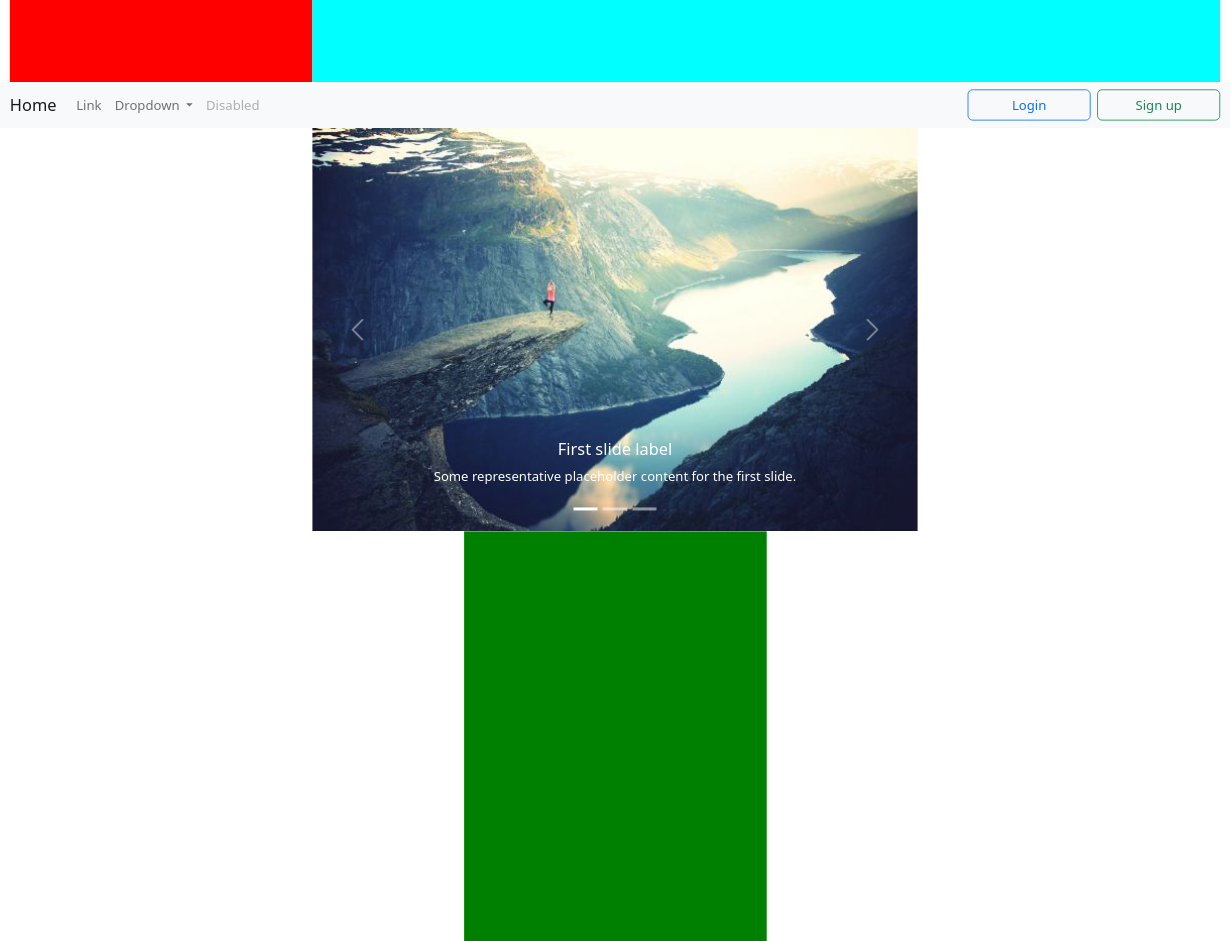
Repository: nguyenhung50497/MD2_bootstrap
Page: BT_giaoDienWeb/index.html
An editor plug-in stored every save of this project. The page is shown before and after a run of saves, followed by the edit.
The browser window is 1280 px wide. The page is 1500 px wide, so the pictures cover 1500 px, including what lies to the right of the window. The pictures show the whole page, at 82% of full size.

Above is the page before, as saved 2022-11-30 13:59:29.

### BT_giaoDienWeb/index.html
<!DOCTYPE html>
<html lang="en">
<head>
    <meta charset="UTF-8">
    <meta http-equiv="X-UA-Compatible" content="IE=edge">
    <meta name="viewport" content="width=device-width, initial-scale=1.0">
    <link href="https://cdn.jsdelivr.net/npm/bootstrap@5.2.3/dist/css/bootstrap.min.css" rel="stylesheet" integrity="sha384-rbsA2VBKQhggwzxH7pPCaAqO46MgnOM80zW1RWuH61DGLwZJEdK2Kadq2F9CUG65" crossorigin="anonymous">
    <script src="https://cdn.jsdelivr.net/npm/bootstrap@5.2.3/dist/js/bootstrap.bundle.min.js" integrity="sha384-kenU1KFdBIe4zVF0s0G1M5b4hcpxyD9F7jL+jjXkk+Q2h455rYXK/7HAuoJl+0I4" crossorigin="anonymous"></script>
    <title>Document</title>
</head>
<style>
    .logo {
        background-color: red;
        height: 100px;
    }
    .anhBia {
        background-color: aqua;
        height: 100px;
    }
    .right {
        background-color: green;
        height: 500px;
    }
</style>
<body>
<center>
    <div style="width: 1500px;">
    <header class="container-fluid row">
        <div class="col-lg-3 logo">
            <img src="" alt="">
        </div>
        <div class="col-lg-9 anhBia">
            <img src="" alt="">
        </div>
    </header>
    <nav class="navbar navbar-expand-lg bg-light">
        <div class="container-fluid">
          <a class="navbar-brand" href="#">Home</a>
          <button class="navbar-toggler" type="button" data-bs-toggle="collapse" data-bs-target="#navbarSupportedContent" aria-controls="navbarSupportedContent" aria-expanded="false" aria-label="Toggle navigation">
            <span class="navbar-toggler-icon"></span>
          </button>
          <div class="collapse navbar-collapse" id="navbarSupportedContent">
            <ul class="navbar-nav me-auto mb-2 mb-lg-0">
              <li class="nav-item">
                <a class="nav-link" href="#">Link</a>
              </li>
              <li class="nav-item dropdown">
                <a class="nav-link dropdown-toggle" href="#" role="button" data-bs-toggle="dropdown" aria-expanded="false">
                  Dropdown
                </a>
                <ul class="dropdown-menu">
                  <li><a class="dropdown-item" href="#">Action</a></li>
                  <li><a class="dropdown-item" href="#">Another action</a></li>
                  <li><hr class="dropdown-divider"></li>
                  <li><a class="dropdown-item" href="#">Something else here</a></li>
                </ul>
              </li>
              <li class="nav-item">
                <a class="nav-link disabled">Disabled</a>
              </li>
            </ul>
            <form class="d-flex" role="search">
              <button class="form-control me-2 btn btn-outline-primary" style="width: 150px;">Login</button>
              <button class="btn btn-outline-success" type="submit" style="width: 150px;">Sign up</button>
            </form>
          </div>
        </div>
      </nav>
    <div class="container-fluid">
        <aside class="col-lg-3 left">

        </aside>
        <section class="col-lg-6 content">
            <div id="carouselExampleCaptions" class="carousel slide" data-bs-ride="false">
                <div class="carousel-indicators">
                  <button type="button" data-bs-target="#carouselExampleCaptions" data-bs-slide-to="0" class="active" aria-current="true" aria-label="Slide 1"></button>
                  <button type="button" data-bs-target="#carouselExampleCaptions" data-bs-slide-to="1" aria-label="Slide 2"></button>
                  <button type="button" data-bs-target="#carouselExampleCaptions" data-bs-slide-to="2" aria-label="Slide 3"></button>
                </div>
                <div class="carousel-inner">
                  <div class="carousel-item active">
                    <img src="anh1.jpg" class="d-block w-100" alt="Anh 1">
                    <div class="carousel-caption d-none d-md-block">
                      <h5>First slide label</h5>
                      <p>Some representative placeholder content for the first slide.</p>
                    </div>
                  </div>
                  <div class="carousel-item">
                    <img src="anh2.jpg" class="d-block w-100" alt="Anh 2">
                    <div class="carousel-caption d-none d-md-block">
                      <h5>Second slide label</h5>
                      <p>Some representative placeholder content for the second slide.</p>
                    </div>
                  </div>
                  <div class="carousel-item">
                    <img src="anh3.jpg" class="d-block w-100" alt="Anh 3">
                    <div class="carousel-caption d-none d-md-block">
                      <h5>Third slide label</h5>
                      <p>Some representative placeholder content for the third slide.</p>
                    </div>
                  </div>
                </div>
                <button class="carousel-control-prev" type="button" data-bs-target="#carouselExampleCaptions" data-bs-slide="prev">
                  <span class="carousel-control-prev-icon" aria-hidden="true"></span>
                  <span class="visually-hidden">Previous</span>
                </button>
                <button class="carousel-control-next" type="button" data-bs-target="#carouselExampleCaptions" data-bs-slide="next">
                  <span class="carousel-control-next-icon" aria-hidden="true"></span>
                  <span class="visually-hidden">Next</span>
                </button>
              </div>
        </section>
        <aside class="col-lg-3 right"></aside>
    </div>
    <footer></footer>
    </div>
</center>
</body>
</html>

After the next 2 saves:
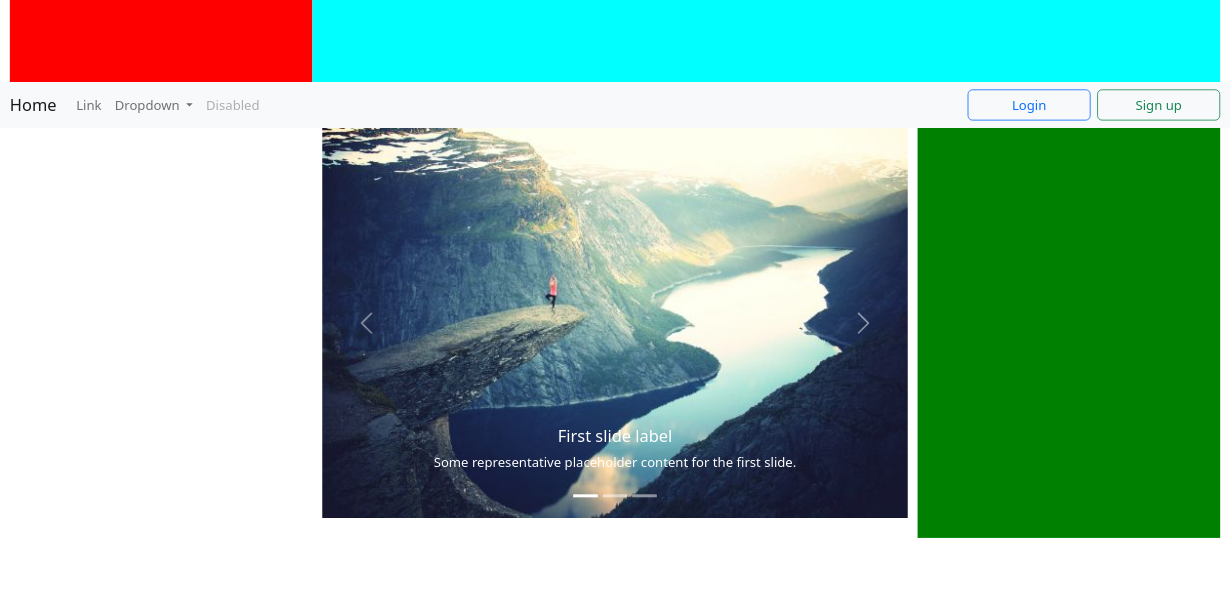
The 2 saves are shown as one change because they came seconds apart.
The last was saved 10 s later.
--- a/BT_giaoDienWeb/index.html
+++ b/BT_giaoDienWeb/index.html
@@ -66,7 +66,7 @@
           </div>
         </div>
       </nav>
-    <div class="container-fluid">
+    <div class="container-fluid row">
         <aside class="col-lg-3 left">
 
         </aside>
